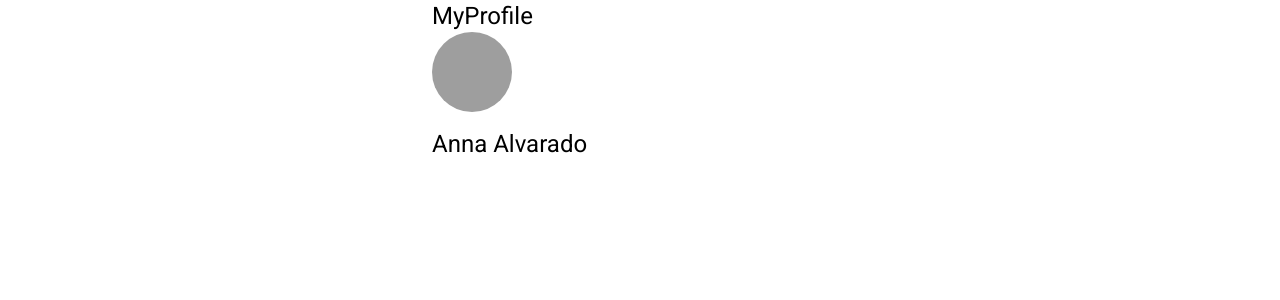
Repository: GokulDev4U/Immence_task
Page: /myProfile
These files come from the project's save history. The page is drawn as it stood at one moment and after the next save; the edit follows.
The browser window is 1280 px wide. The pictures show the whole page.
Pictures or frames that could not be fetched are drawn as grey boxes. The project was rebuilt for these pictures with package versions that can differ from the ones it lists, and the page was loaded fresh each time. Also part of the build but not shown: src/App.css, src/components/SinglePost/SinglePost.jsx, src/data/posts.js, src/components/Home/Home.jsx, src/data/userdata.js, src/components/ConversationList/ConversationList.jsx, src/components/Conversation/Conversation.jsx.

Above is the page before, as saved 2022-05-07 17:36:48.

After the next save:
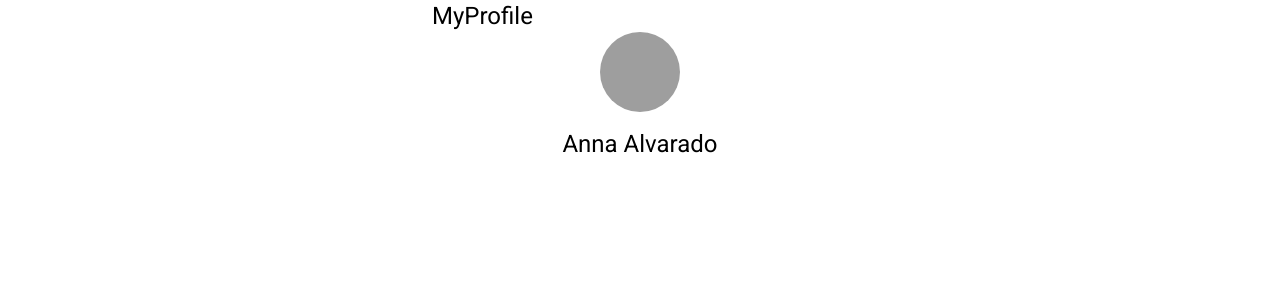
Saved 30 s later.
--- a/src/components/MyProfile/MyProfile.jsx
+++ b/src/components/MyProfile/MyProfile.jsx
@@ -13,7 +13,7 @@ const MyProfile = () => {
                 <Grid item xs={4}></Grid>
                 <Grid item xs={4}>
                     <Typography variant="h5">MyProfile</Typography>
-                    <Stack direction="column" spacing={2}>
+                    <Stack direction="column" spacing={2} sx={{ alignItems: 'center' }}>
                         <Avatar alt="Remy Sharp" sx={{ width: 80, height: 80 }} src="https://static.remove.bg/remove-bg-web/a8b5118d623a6b3f4b7813a78c686de384352145/assets/start_remove-c851bdf8d3127a24e2d137a55b1b427378cd17385b01aec6e59d5d4b5f39d2ec.png" />
                         <Typography variant="h5">Anna Alvarado</Typography>
                         <Typography variant="h6" sx={{ maxWidth: 200 }}></Typography>
